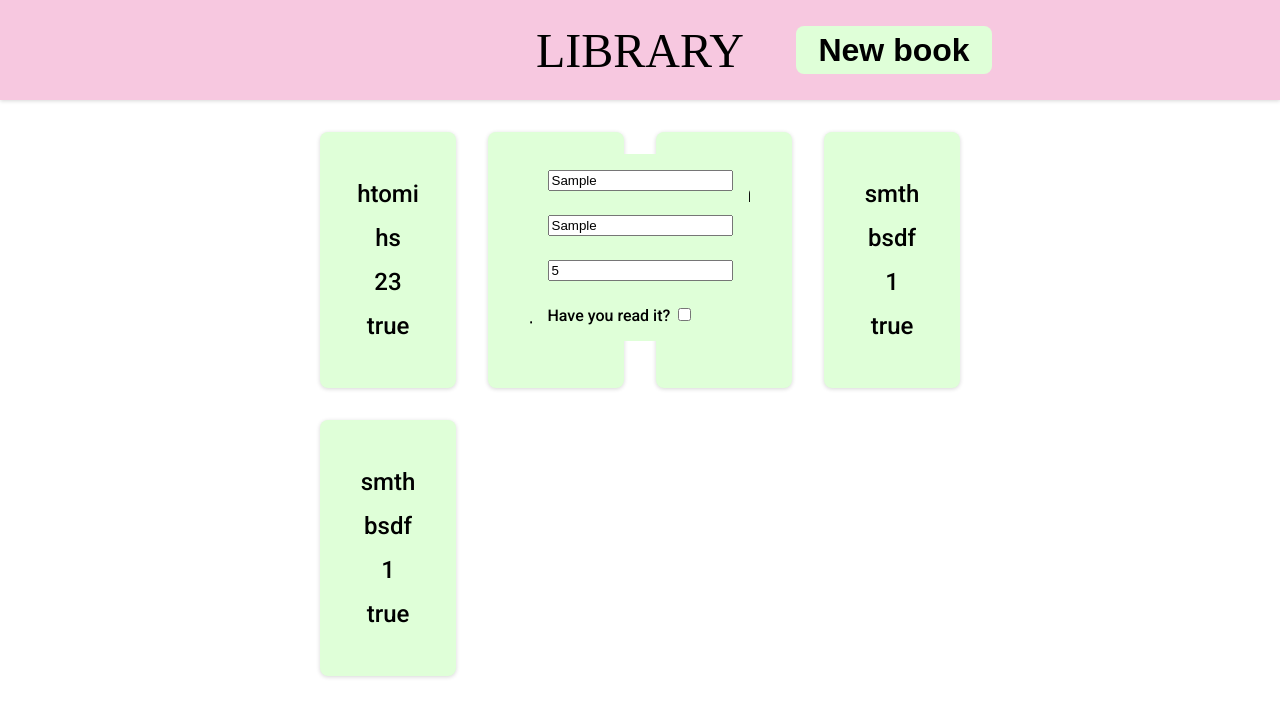
Repository: yeetzpxoci/library
Page: index.html
The author's editor kept a copy of each file at every save. The page is drawn from the files as they stood at one save, then again after the next save.
The browser window is 1280 px wide. The pictures show the whole page.
Empty fields were first filled with sample values (such as "Sample", 5 or name@example.com).
After loading, the first visible `#newBook` was clicked once.
Some web fonts or font styles are not loaded; a fallback is used.

Above is the page before, as saved 2023-02-21 16:02:01.

### index.html
<!DOCTYPE html>
<html lang="en">
<head>
    <meta charset="UTF-8">
    <meta http-equiv="X-UA-Compatible" content="IE=edge">
    <meta name="viewport" content="width=device-width, initial-scale=1.0">
    <title>Library</title>
    <link rel="stylesheet" href="styles.css">
    <link rel="preconnect" href="https://fonts.googleapis.com">
    <link rel="preconnect" href="https://fonts.gstatic.com" crossorigin>
    <link href="https://fonts.googleapis.com/css2?family=Roboto:wght@500&display=swap" rel="stylesheet">
    <link href="https://fonts.googleapis.com/css2?family=Gloock&display=swap" rel="stylesheet">
</head>
<body>
    <div class="header">
        <p></p>
        <p>LIBRARY</p>
        <button onclick="openForm()" id="newBook">New book</button>
    </div>

    <form id="input-form">
            <input type="text" name="title" id="title" placeholder="Title">
            <input type="text" name="author" id="author" placeholder="Author">
            <input type="number" name="pages" id="pages" placeholder="Pages">
            <div>
                <label for="read">Have you read it?</label>
                <input type="checkbox" name="read" id="read">
            </div>
    </form>

    <div id="cards">

    </div>
<script src="script.js"></script>
</body>
</html>

### styles.css
html, body {
    margin: 0;
    padding: 0;
}

body {
    display: flex;
    flex-direction: column;
    align-items: center;
    min-height: 100vh;
    background-color: white;
    font-family: 'Roboto', sans-serif;
}

.header {
    display: flex;
    align-items: center;
    justify-content: center;
    width: 100%;
    height: 100px;
    background-color: #F7C8E0;
    box-shadow: rgba(0, 0, 0, 0.16) 0px 1px 4px;
}

.header p {
    font-family: 'Gloock', serif;
    font-size: 48px;
}

#newBook {
    position: absolute;
    right: 288px;
    font-size: 32px;
    font-weight: bold;
    background-color: #DFFFD8;
    height: 48px;
    width:196px;
    border-radius: 8px;
    border-width: 0px;
}

#cards {
    display: grid;
    width: 50%;
    grid-template-columns: 1fr 1fr 1fr 1fr;
    gap: 32px;
    margin-top: 32px;
}

.card {
    width: 100%;
    height: 256px;
    background-color: #DFFFD8;
    font-size: 24px;
    border-radius: 8px;
    border-width: 0px;
    align-self: center;
    justify-self: center;
    box-shadow: rgba(0, 0, 0, 0.16) 0px 1px 4px;
    display: flex;
    flex-direction: column;
    align-items: center;
    justify-content: center;
    gap: 16px;
}

.card p {
    margin: 0px;
}


#input-form {
    position: absolute;
    margin-top: 12%;
    display: flex;
    flex-direction: column;
    gap: 24px;
    background-color: #DFFFD8;
    padding: 16px;
}

### script.js
const title = document.getElementById("title").value
const author = document.getElementById("author").value
const pages = document.getElementById("pages").value
const read = document.getElementById("read").checked
const cards = document.getElementById("cards")

let myLibrary = [];

function Book(title, author, pages, read) {
    this.title = title;
    this.author = author;
    this.pages = pages;
    this.read = read;
    this.info = function () {
        return title + " by " + author + ", " + String(pages) + " pages, not read yet"
    }
}

function addBookToLibrary() {
    let book = new Book(title, author, pages, read);
    myLibrary.push(book);
    console.log(myLibrary.length)
}

function addBookInfo(div, book) {
    const newTitle = document.createElement("p");
    newTitle.innerHTML = book.title;
    const newAuthor = document.createElement("p");
    newAuthor.innerHTML = book.author;
    const newPages = document.createElement("p");
    newPages.innerHTML = book.pages;
    const newRead = document.createElement("p");
    newRead.innerHTML = book.read;
    div.appendChild(newTitle);
    div.appendChild(newAuthor);
    div.appendChild(newPages);
    div.appendChild(newRead);
}

function displayBooks() {
    for (let i = 0; i < myLibrary.length; i++) {
        const newDiv = document.createElement("div");
        newDiv.setAttribute("class", "card");
        addBookInfo(newDiv, myLibrary[i]);
        cards.appendChild(newDiv);
    }
}

function openForm() {
    document.getElementById("input-form").style.display = "flex"
}

document.addEventListener('mouseup', function (e) {
    var container = document.getElementById('input-form');
    if (!container.contains(e.target)) {
        container.style.display = 'none';
    }
});

let book1 = new Book("htomi" , "hs", 23, true);
let book2 = new Book("yeet", "asd", 65, false);
let book3 = new Book("smth", "bsdf", 1, true);
let book4 = new Book("smth", "bsdf", 1, true);
let book5 = new Book("smth", "bsdf", 1, true);
myLibrary.push(book1, book2, book3, book4, book5);
displayBooks();

After the next save:
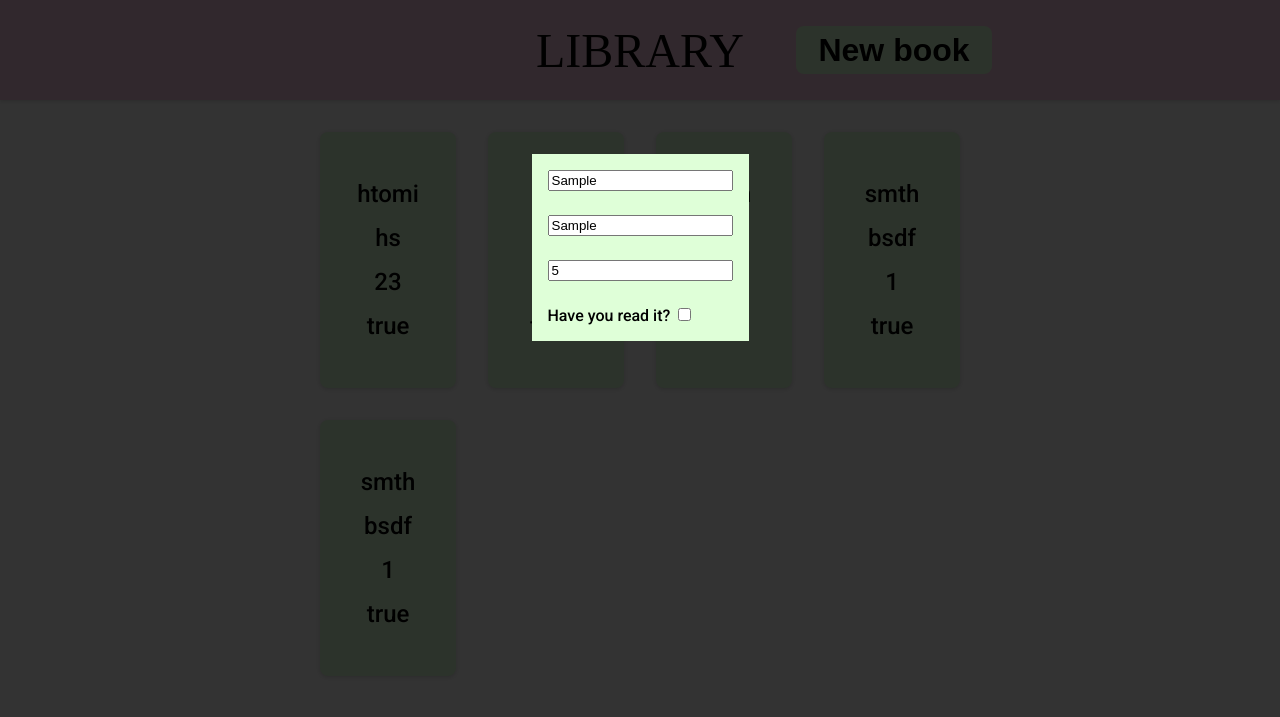
Saved 96 s later.
--- a/script.js
+++ b/script.js
@@ -48,6 +48,7 @@ function displayBooks() {
 
 function openForm() {
     document.getElementById("input-form").style.display = "flex"
+    document.getElementById("input-form").style.boxShadow = "0px 0px 1px 5000px rgba(0, 0, 0, 0.8)"
 }
 
 document.addEventListener('mouseup', function (e) {
